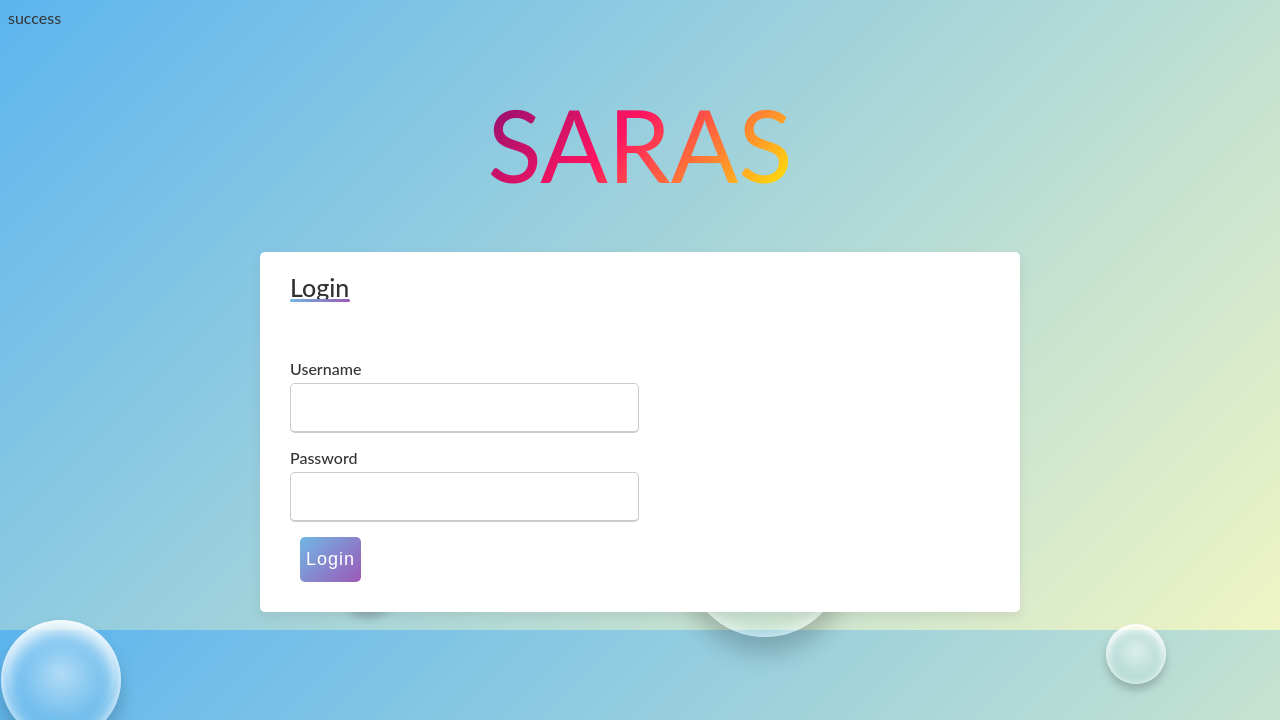
Repository: Muskan-Varma/InnoHeart
Page: http://localhost/pages/login.php
An editor plug-in stored every save of this project. The page is shown before and after the next save, followed by the edit.
The browser window is 1280 px wide. The pictures show the whole page.
The page is run by PHP 8.4 with error messages shown; the project is at /var/www/html/.

Above is the page before, as saved 2024-09-21 16:26:06.

### pages/login.php
<!DOCTYPE html>
<html lang="en" dir="ltr">
<head>
    <meta charset="UTF-8">
    <title>Saras Login</title>
    <link rel="stylesheet" href="../css/LR.css">
    <meta name="viewport" content="width=device-width, initial-scale=1.0">
</head>
<body>
<?php
session_start();
include "dbConnect.php";

if ($_SERVER["REQUEST_METHOD"] == "POST") {
    function validate($data) {
        $data = trim($data);
        $data = stripslashes($data);
        $data = htmlspecialchars($data);
        return $data;
    }
    $uname = validate($_POST['username']);
    $pass = validate($_POST['pass']);

    if (empty($uname)) {
        header("Location: login.php?error=User Name is required");
        exit();
    }
    else if (empty($pass)) {
        header("Location: login.php?error=Password is required");
        exit();
    }
    else {
        $sql = "SELECT * FROM users WHERE username='$uname'";
        $result = mysqli_query($conn, $sql);

        if (mysqli_num_rows($result) === 1) {
            $row = mysqli_fetch_assoc($result);
            if ($row && password_verify($pass, $row['pass'])) {
                $_SESSION['username'] = $row['username'];
                $_SESSION['firstName'] = $row['firstName'];
                $_SESSION['lastName'] = $row['lastName'];

                // Prepare variables for logging
                $session_id = session_id();
                $username = $_SESSION['username'];
                $action = 'login';

                // Log login event
                $stmt = $conn->prepare("INSERT INTO session_logs (session_id, username, action) VALUES (?, ?, ?)");
                $stmt->bind_param("sss", $session_id, $username, $action);
                $stmt->execute();
                $stmt->close();

                header("Location: main.php");
                exit();
            } else {
                header("Location: login.php?error=Incorrect User name or password");
                exit();
            }
        } else {
            header("Location: login.php?error=Incorrect User name or password");
            exit();
        }
    }
}
?>
    <center>
        <div class="container1">
            <div class="row">
                <br><br><br>
                <label class="animate-charcter">SARAS</label>
            </div>
        </div>
        <br><br>
    </center>
    <section>
        <div id="background-wrap">
            <div class="bubble x1"></div>
            <div class="bubble x2"></div>
            <div class="bubble x3"></div>
            <div class="bubble x4"></div>
            <div class="bubble x5"></div>
            <div class="bubble x6"></div>
            <div class="bubble x7"></div>
            <div class="bubble x8"></div>
            <div class="bubble x9"></div>
            <div class="bubble x10"></div>
        </div>
    </section>
    <form method="post" action="login.php">
        <div class="container">
            <div class="title">Login</div><br>
            <div class="content">
                <br><br>
                <?php if (isset($_GET['error'])) { ?>
                    <p class="error">
                        <?php echo $_GET['error']; ?>
                    </p>
                <?php } ?>
                <div class="user-details">
                    <div class="input-box">
                        <span class="details">Username </span>
                        <input type="text" name="username" required>
                    </div>
                    <div class="input-box">
                        <span class="details">Password </span>
                        <input type="password" name="pass" required>
                    </div>
                </div>
                <div class="button">
                    <input type="submit" name="submit" value="Login">
                </div>
            </div>
        </div>
    </form>

</body>
</html>

### pages/dbConnect.php
<?php

    $servername = "localhost";
    $username = "root";
    $password = "";

    $database = "saras";

     // Create a connection
     $conn = mysqli_connect($servername,
         $username, $password, $database);

    if($conn) {
        echo "success";
    }
    else {
        die("Error". mysqli_connect_error());
    }
?>

### css/LR.css
body {
    background:linear-gradient(135deg, #5db5ef, #f0f5c4);
    color: #333;
    font: 100% Lato, Arial, Sans Serif;
    box-sizing: border-box;
}

.animate-charcter
{
    background-image: linear-gradient(-225deg,#231557 0%,#44107a 29%,#ff1361 67%,#fff800 100%);
    background-size: 200% auto;
    color: #fff;
    -webkit-background-clip: text;
    -webkit-text-fill-color: transparent;
    animation: textclip 2s linear infinite;
    font-size: 100px;
}

@keyframes textclip {
  to {
    background-position: 200% center;
  }
}

/*Bubbles */
#background-wrap {
    bottom: 0;
    left: 0;
    position: fixed;
    right: 0;
    top: 0;
    z-index: -1;
}
@-webkit-keyframes animateBubble {
    0% {
        margin-top: 1000px;
    }
    100% {
        margin-top: -100%;
    }
}
@-moz-keyframes animateBubble {
    0% {
        margin-top: 1000px;
    }
    100% {
        margin-top: -100%;
    }
}
@keyframes animateBubble {
    0% {
        margin-top: 1000px;
    }
    100% {
        margin-top: -100%;
    }
}
@-webkit-keyframes sideWays {
    0% {
        margin-left:0px;
    }
    100% {
        margin-left:50px;
    }
}
@-moz-keyframes sideWays {
    0% {
        margin-left:0px;
    }
    100% {
        margin-left:50px;
    }
}
@keyframes sideWays {
    0% {
        margin-left:0px;
    }
    100% {
        margin-left:50px;
    }
}

/* for Bubbles */
.x1 {
    -webkit-animation: animateBubble 25s linear infinite, sideWays 2s ease-in-out infinite alternate;
    -moz-animation: animateBubble 25s linear infinite, sideWays 2s ease-in-out infinite alternate;
    animation: animateBubble 25s linear infinite, sideWays 2s ease-in-out infinite alternate;

    left: -5%;
    top: 5%;

    -webkit-transform: scale(0.6);
    -moz-transform: scale(0.6);
    transform: scale(0.6);
}
.x2 {
    -webkit-animation: animateBubble 20s linear infinite, sideWays 4s ease-in-out infinite alternate;
    -moz-animation: animateBubble 20s linear infinite, sideWays 4s ease-in-out infinite alternate;
    animation: animateBubble 20s linear infinite, sideWays 4s ease-in-out infinite alternate;

    left: 5%;
    top: 80%;

    -webkit-transform: scale(0.4);
    -moz-transform: scale(0.4);
    transform: scale(0.4);
}
.x3 {
    -webkit-animation: animateBubble 28s linear infinite, sideWays 2s ease-in-out infinite alternate;
    -moz-animation: animateBubble 28s linear infinite, sideWays 2s ease-in-out infinite alternate;
    animation: animateBubble 28s linear infinite, sideWays 2s ease-in-out infinite alternate;

    left: 10%;
    top: 40%;

    -webkit-transform: scale(0.7);
    -moz-transform: scale(0.7);
    transform: scale(0.7);
}
.x4 {
    -webkit-animation: animateBubble 22s linear infinite, sideWays 3s ease-in-out infinite alternate;
    -moz-animation: animateBubble 22s linear infinite, sideWays 3s ease-in-out infinite alternate;
    animation: animateBubble 22s linear infinite, sideWays 3s ease-in-out infinite alternate;

    left: 20%;
    top: 0;

    -webkit-transform: scale(0.3);
    -moz-transform: scale(0.3);
    transform: scale(0.3);
}
.x5 {
    -webkit-animation: animateBubble 29s linear infinite, sideWays 4s ease-in-out infinite alternate;
    -moz-animation: animateBubble 29s linear infinite, sideWays 4s ease-in-out infinite alternate;
    animation: animateBubble 29s linear infinite, sideWays 4s ease-in-out infinite alternate;

    left: 30%;
    top: 50%;

    -webkit-transform: scale(0.5);
    -moz-transform: scale(0.5);
    transform: scale(0.5);
}
.x6 {
    -webkit-animation: animateBubble 21s linear infinite, sideWays 2s ease-in-out infinite alternate;
    -moz-animation: animateBubble 21s linear infinite, sideWays 2s ease-in-out infinite alternate;
    animation: animateBubble 21s linear infinite, sideWays 2s ease-in-out infinite alternate;

    left: 50%;
    top: 0;

    -webkit-transform: scale(0.8);
    -moz-transform: scale(0.8);
    transform: scale(0.8);
}
.x7 {
    -webkit-animation: animateBubble 20s linear infinite, sideWays 2s ease-in-out infinite alternate;
    -moz-animation: animateBubble 20s linear infinite, sideWays 2s ease-in-out infinite alternate;
    animation: animateBubble 20s linear infinite, sideWays 2s ease-in-out infinite alternate;

    left: 65%;
    top: 70%;

    -webkit-transform: scale(0.4);
    -moz-transform: scale(0.4);
    transform: scale(0.4);
}

.x8 {
    -webkit-animation: animateBubble 22s linear infinite, sideWays 3s ease-in-out infinite alternate;
    -moz-animation: animateBubble 22s linear infinite, sideWays 3s ease-in-out infinite alternate;
    animation: animateBubble 22s linear infinite, sideWays 3s ease-in-out infinite alternate;

    left: 80%;
    top: 10%;

    -webkit-transform: scale(0.3);
    -moz-transform: scale(0.3);
    transform: scale(0.3);
}

.x9 {
    -webkit-animation: animateBubble 29s linear infinite, sideWays 4s ease-in-out infinite alternate;
    -moz-animation: animateBubble 29s linear infinite, sideWays 4s ease-in-out infinite alternate;
    animation: animateBubble 29s linear infinite, sideWays 4s ease-in-out infinite alternate;

    left: 90%;
    top: 50%;

    -webkit-transform: scale(0.6);
    -moz-transform: scale(0.6);
    transform: scale(0.6);
}

.x10 {
    -webkit-animation: animateBubble 26s linear infinite, sideWays 2s ease-in-out infinite alternate;
    -moz-animation: animateBubble 26s linear infinite, sideWays 2s ease-in-out infinite alternate;
    animation: animateBubble 26s linear infinite, sideWays 2s ease-in-out infinite alternate;

    left: 80%;
    top: 80%;

    -webkit-transform: scale(0.3);
    -moz-transform: scale(0.3);
    transform: scale(0.3);
}
.bubble {
    -webkit-border-radius: 50%;
    -moz-border-radius: 50%;
    border-radius: 50%;

    -webkit-box-shadow: 0 20px 30px rgba(0, 0, 0, 0.2), inset 0px 10px 30px 5px rgba(255, 255, 255, 1);
    -moz-box-shadow: 0 20px 30px rgba(0, 0, 0, 0.2), inset 0px 10px 30px 5px rgba(255, 255, 255, 1);
    box-shadow: 0 20px 30px rgba(0, 0, 0, 0.2), inset 0px 10px 30px 5px rgba(255, 255, 255, 1);

    height: 200px;
    position: absolute;
    width: 200px;
}

.bubble:after {
    background: -moz-radial-gradient(center, ellipse cover,  rgba(255,255,255,0.5) 0%, rgba(255,255,255,0) 70%); /* FF3.6+ */
    background: -webkit-gradient(radial, center center, 0px, center center, 100%, color-stop(0%,rgba(255,255,255,0.5)), color-stop(70%,rgba(255,255,255,0))); /* Chrome,Safari4+ */
    background: -webkit-radial-gradient(center, ellipse cover,  rgba(255,255,255,0.5) 0%,rgba(255,255,255,0) 70%); /* Chrome10+,Safari5.1+ */
    background: -o-radial-gradient(center, ellipse cover,  rgba(255,255,255,0.5) 0%,rgba(255,255,255,0) 70%); /* Opera 12+ */
    background: -ms-radial-gradient(center, ellipse cover,  rgba(255,255,255,0.5) 0%,rgba(255,255,255,0) 70%); /* IE10+ */
    background: radial-gradient(ellipse at center,  rgba(255,255,255,0.5) 0%,rgba(255,255,255,0) 70%); /* W3C */
    filter: progid:DXImageTransform.Microsoft.gradient( startColorstr='#80ffffff', endColorstr='#00ffffff',GradientType=1 ); /* IE6-9 fallback on horizontal gradient */

    -webkit-border-radius: 50%;
    -moz-border-radius: 50%;
    border-radius: 50%;

    -webkit-box-shadow: inset 0 20px 30px rgba(255, 255, 255, 0.3);
    -moz-box-shadow: inset 0 20px 30px rgba(255, 255, 255, 0.3);
    box-shadow: inset 0 20px 30px rgba(255, 255, 255, 0.3);

    content: "";
    height: 180px;
    left: 10px;
    position: absolute;
    width: 180px;
}

/*Form*/

form{
    display: flex;
    justify-content: center;
    align-items: center;
    padding: 10px;
}

.container{
  max-width: 700px;
  width: 100%;
  background-color: #fff;
  padding: 20px 30px;
  border-radius: 5px;
  box-shadow: 0 5px 10px rgba(126, 115, 115, 0.15);
}
.container .title{
  font-size: 25px;
  font-weight: 500;
  position: relative;
}
.container .title::before{
  content: "";
  position: absolute;
  left: 0;
  bottom: 0;
  height: 3px;
  width:60px;
  border-radius: 5px;
  background: linear-gradient(135deg, #71b7e6, #9b59b6);
}

.content form .user-details{
  display: flex;
  flex-wrap: wrap;
  justify-content: space-between;
  margin: 20px 0 12px 0;
}

form .user-details .input-box{
  margin-bottom: 15px;
  width: calc(100% / 2 - 20px);
}
form .input-box span.details{
  display: block;
  font-weight: 500;
  margin-bottom: 5px;
}
.user-details .input-box input{
  height: 45px;
  width: 100%;
  outline: none;
  font-size: 16px;
  border-radius: 5px;
  padding-left: 15px;
  border: 1px solid #ccc;
  border-bottom-width: 2px;
  transition: all 0.3s ease;
}
.user-details .input-box input:focus,
.user-details .input-box input:valid{
  border-color: #9b59b6;
}

/*gender */
 form .gender-details .gender-title{
  font-size: 20px;
  font-weight: 500;
 }

 form .category{
   display: flex;
   width: 80%;
   margin: 14px 0 ;
   justify-content: space-between;
 }
 form .category label{
   display: flex;
   align-items: center;
   cursor: pointer;
 }
 form .category label .dot{
  height: 18px;
  width: 18px;
  border-radius: 50%;
  margin-right: 10px;
  background: #d9d9d9;
  border: 5px solid transparent;
  transition: all 0.3s ease;
}
 #dot-1:checked ~ .category label .one,
 #dot-2:checked ~ .category label .two,
 #dot-3:checked ~ .category label .three
 {
   background: #9b59b6;
   border-color: #d9d9d9;
 }
 form input[type="radio"]
 {
   display: none;
 }
 form .button{
   height: 45px;
   width:fit-content ;
   margin: 10px;
 }
 form .button input{
   height: 100%;
   width: 100%;
   border-radius: 5px;
   border: none;
   color: #fff;
   font-size: 18px;
   font-weight: 500;
   letter-spacing: 1px;
   cursor: pointer;
   transition: all 0.3s ease;
   background: linear-gradient(135deg, #71b7e6, #9b59b6);
 }
 form .button input:hover{
  /* transform: scale(0.99); */
  background: linear-gradient(-135deg, #71b7e6, #9b59b6);
  }
 @media(max-width: 584px){
 .container{
  max-width: 100%;
}
form .user-details .input-box{
    margin-bottom: 15px;
    width: 100%;
  }
  form .category{
    width: 100%;
  }
  .content form .user-details{
    max-height: 300px;
    overflow-y: scroll;
  }
  .user-details::-webkit-scrollbar{
    width: 5px;
  }
  }
  @media(max-width: 459px){
  .container .content .category{
    flex-direction: column;
  }
}

After the next save:
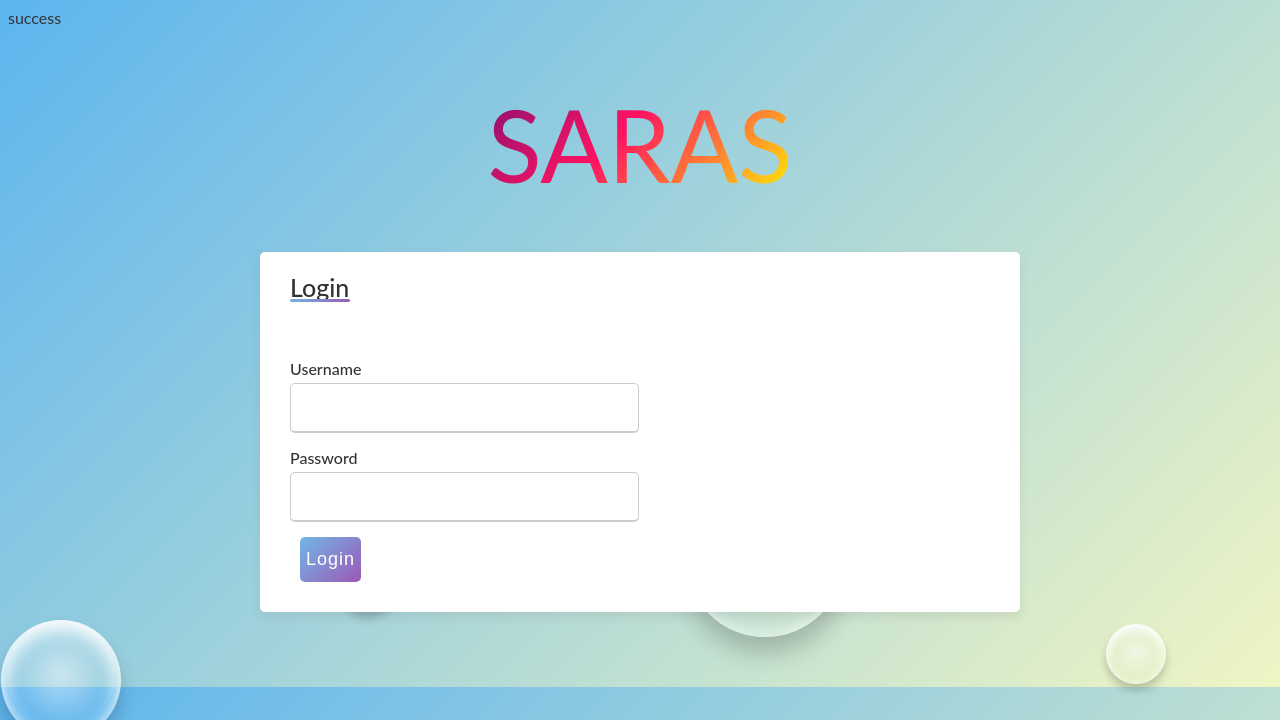
Saved 7 s later.
--- a/pages/login.php
+++ b/pages/login.php
@@ -113,6 +113,6 @@ if ($_SERVER["REQUEST_METHOD"] == "POST") {
             </div>
         </div>
     </form>
-
+    <br><br><br>
 </body>
 </html>
